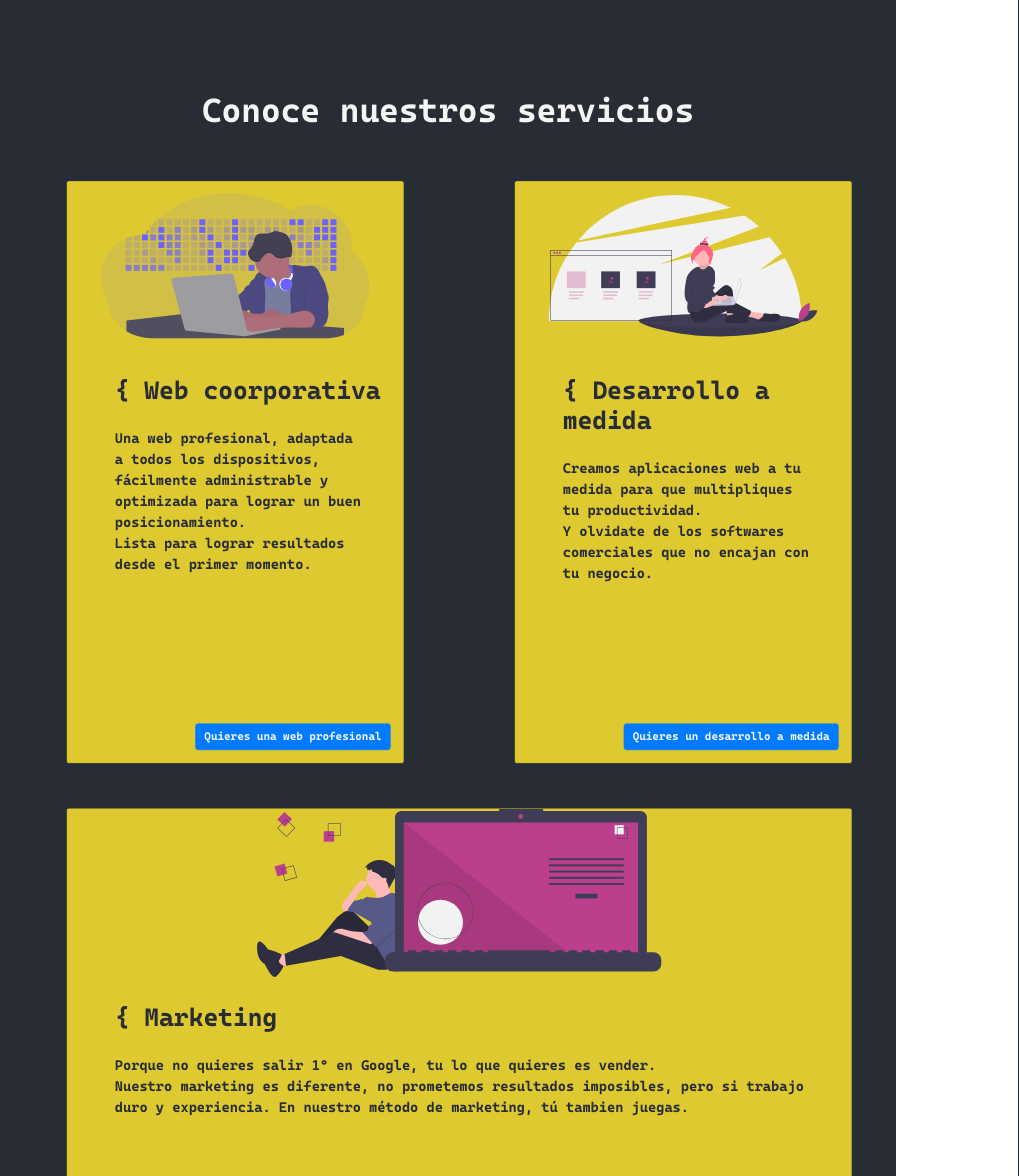
Repository: banchiec/thinkcode
Page: /
The author's editor kept a copy of each file at every save. The page is drawn from the files as they stood at one save, then again after the next save.
The browser window is 1280 px wide. The page is 1455 px wide, so the pictures cover 1455 px, including what lies to the right of the window. The pictures show the part of the page from y = 702 to 2382 px (the page is 3438 px tall before and 3430 px after), at 70% of full size.
Some web libraries are served in a nearby version. The project was rebuilt for these pictures with package versions that can differ from the ones it lists, and the page was loaded fresh each time. A package was used in the major version that the imports need, not the one package.json lists. Also part of the build but not shown: src/components/MenuItems.js, src/components/Dropdownthink.css, src/components/Dropdownthink.js, src/components/pages/Consulting.js, src/components/pages/ContactUs.js, src/components/pages/Marketing.js, src/components/pages/Products.js, src/components/pages/Services.js and 1 more.

Above is the page before, as saved 2020-11-27 10:34:46.

### public/index.html
<!DOCTYPE html>
<html lang="en">
  <head>
    <meta charset="utf-8" />
    <link rel="icon" href="%PUBLIC_URL%/favicon.ico" />
    <meta name="viewport" content="width=device-width, initial-scale=1" />
    <meta name="theme-color" content="#000000" />
    <meta
      name="description"
      content="Web site created using create-react-app"
    />
    <link rel="apple-touch-icon" href="%PUBLIC_URL%/logo192.png" />
    <script src="https://kit.fontawesome.com/e7a02c1b14.js" crossorigin="anonymous"></script>
    <!--
      manifest.json provides metadata used when your web app is installed on a
      user's mobile device or desktop. See https://developers.google.com/web/fundamentals/web-app-manifest/
    -->
    <link rel="manifest" href="%PUBLIC_URL%/manifest.json" />
    <!--
      Notice the use of %PUBLIC_URL% in the tags above.
      It will be replaced with the URL of the `public` folder during the build.
      Only files inside the `public` folder can be referenced from the HTML.

      Unlike "/favicon.ico" or "favicon.ico", "%PUBLIC_URL%/favicon.ico" will
      work correctly both with client-side routing and a non-root public URL.
      Learn how to configure a non-root public URL by running `npm run build`.
    -->
    <title>React App</title>
  </head>
  <body>
    <noscript>You need to enable JavaScript to run this app.</noscript>
    <div id="root"></div>
    <!--
      This HTML file is a template.
      If you open it directly in the browser, you will see an empty page.

      You can add webfonts, meta tags, or analytics to this file.
      The build step will place the bundled scripts into the <body> tag.

      To begin the development, run `npm start` or `yarn start`.
      To create a production bundle, use `npm run build` or `yarn build`.
    -->


  </body>
</html>

### src/index.css
body {
  margin: 0;
  font-family: -apple-system, BlinkMacSystemFont, 'Segoe UI', 'Roboto', 'Oxygen',
    'Ubuntu', 'Cantarell', 'Fira Sans', 'Droid Sans', 'Helvetica Neue',
    sans-serif;
  -webkit-font-smoothing: antialiased;
  -moz-osx-font-smoothing: grayscale;
}

code {
  font-family: source-code-pro, Menlo, Monaco, Consolas, 'Courier New',
    monospace;
}
@font-face{
  font-family: 'CascadiaCode-Bold';
  src: local('CascadiaCode-Bold'), url(./fonts/CascadiaCode-Bold.ttf)
}

### src/App.js
import './App.css';
// import logo_thinkcode from './logo_thinkcode.png'
import React, {} from 'react'
import Navbarthink from './components/Navbarthink'
import {BrowserRouter as Router, Switch, Route} from 'react-router-dom'

// import Button  from 'react-bootstrap/Button'
// import 'bootstrap/dist/css/bootstrap.min.css'

// import {Navbar,Button, Nav , NavLink} from 'react-bootstrap'

import Consulting from './components/pages/Consulting'
import ContactUs from './components/pages/ContactUs'
import Home from './components/pages/Home'
import Marketing from './components/pages/Marketing'
import Products from './components/pages/Products'
import Services from './components/pages/Services'
import SignUp from './components/pages/SignUp'

function App() {

  // const [click, setClick] = useState(false)
  // const [dropdown, setDropdown] = useState(false)




  return (
    <div className="App">
      <Router>
        <Navbarthink/>
        <Switch>
          <Route path='/consulting' exact component ={Consulting}></Route>
          <Route path='/contact-us' exact component ={ContactUs}></Route>
          <Route path='/' exact component ={Home}></Route>
          <Route path='/marketing' exact component ={Marketing}></Route>
          <Route path='/products' exact component ={Products}></Route>
          <Route path='/services' exact component ={Services}></Route>
          <Route path='/sign-up' exact component ={SignUp}></Route>
        </Switch>
      </Router>

      {/* <Navbar className="navbar_thinkcode "  expand="lg">
        <Navbar.Brand href ="#home">
          <img
            alt=""
            src={logo_thinkcode}
            className="d-inline-block align-top ml-4"
            width="320"
            height="50"
          />
        </Navbar.Brand>
        <Navbar.Toggle aria-controls="responsive-navbar-nav" ></Navbar.Toggle>

        <Navbar.Collapse id="responsive-navbar-nav" className="ml-5 ">
          <Nav className="collapse navbar-collapse">
            <NavLink className="enlace_navbar ">Páginas web</NavLink>
            <NavLink className="enlace_navbar">Desarrollo a medida</NavLink>
            <NavLink className="enlace_navbar">Portafolio</NavLink>
            <NavLink className="enlace_navbar">Contacto</NavLink>
          </Nav>
        </Navbar.Collapse>
        <Button variant="success">¿Hablamos?</Button>
      </Navbar> */}

      {/* <header className="App-header">
        <h1>thinkcode</h1>
        <Button>send up</Button>
      </header> */}
    </div>
  );
}

export default App;

### src/App.css
*{
  box-sizing: border-box;
  margin: 0;
  padding: 0;
  font-family: CascadiaCode-Bold;
  /* background: #282c34 ; */
  /* background: linear-gradient(90deg, rgb(76, 80, 88) 100%, rgb(8, 8, 9) 0%); */
}

.App {
  text-align: center;
  background: #282c34 ;
}

.App-logo {
  height: 40vmin;
  pointer-events: none;
}

.home, .services, .products,.contact-us,.sign-up, .marketing, .consulting{
  display: flex;
  height: 90vh;
  align-items: center;
  justify-content: center;
  font-size: 3rem;
}





@media (prefers-reduced-motion: no-preference) {
  .App-logo {
    animation: App-logo-spin infinite 20s linear;
  }
}

.App-header {
  background-color: #282c34;
  min-height: 100vh;
  display: flex;
  flex-direction: column;
  align-items: center;
  justify-content: center;
  font-size: calc(10px + 2vmin);
  color: white;
}

.App-link {
  color: #61dafb;
}

@keyframes App-logo-spin {
  from {
    transform: rotate(0deg);
  }
  to {
    transform: rotate(360deg);
  }
}

### src/components/Navbarthink.js
import React, { useState} from 'react'
import logo_thinkcode from '../images/logo_thinkcode.png'
// import logo_thinkcode from '../images/logo_thinkcode.png'
import { Buttonthink} from './Buttonthink'
import {Link} from 'react-router-dom'
import './Navbarthink.css'
import Dropdownthink from './Dropdownthink'

export default function Navbarthink(){
    const [click, setClick] = useState(false)
    const [dropdown, setDropdown] = useState(false)

    const handleClick = () => setClick(!click)
    const closeMobileMenu = () => setClick(false)

    const onMouseEnter = () =>{
        if(window.innerWidth < 960) {
        setDropdown(false)
        } else {
        setDropdown(true)
        }
    }
    const onMouseLeave = () =>{
        if(window.innerWidth < 960) {
        setDropdown(false)
        } else {
        setDropdown(false)
        }
    }

    return(
        <>
            <nav className="navbarthink">
                <Link to='/' className="navbar-logo">
                    {/* thinkcode */}
                    <img alt="" src={logo_thinkcode} width="300" height="40"></img>
                </Link>
                <div className='menu-icon' onClick={handleClick}>
                    <i className={click ? 'fas fa-times' : 'fas fa-bars'}
                    />
                </div>
                <ul className={ click ? 'nav-menu active' : 'nav-menu'}>

                    <li className='nav-item'>
                        <Link to='/' className='nav-links' onClick={closeMobileMenu}>
                            Home
                        </Link>
                    </li>
                    <li className='nav-item'
                        onMouseEnter={onMouseEnter}
                        onMouseLeave={onMouseLeave}
                        // onClick={handleClick}
                        >
                        <Link to='/services' className='nav-links' onClick={closeMobileMenu}>
                           Services
                           <i className='fas fa-caret-down' />
                        </Link>
                        {dropdown && <Dropdownthink/>}
                    </li>
                    <li className='nav-item'>
                        <Link to='/products' className='nav-links' onClick={closeMobileMenu}>
                            Products
                        </Link>
                    </li>
                    <li className='nav-item'>
                        <Link to='/contact-us' className='nav-links' onClick={closeMobileMenu}>
                           Contact Us
                        </Link>
                    </li>
                    <li className='nav-item'>
                        <Link to='/sign-up' className='nav-links-mobile' onClick={closeMobileMenu}>
                           Sign up
                        </Link>
                    </li>

                </ul>
                <Buttonthink />
            </nav>
        </>
    )

}

### src/components/pages/Home.js
import React from 'react'
import InfoSection from '../infoSection/InfoSection'
import Pricing from '../pricing/Pricing'

export default function Home() {
    return (
        <div>
            <InfoSection></InfoSection>
            <Pricing></Pricing>
            <InfoSection></InfoSection>
           {/* <h1 className='consulting' >Thinkcode</h1> */}
        </div>
    )
}

### src/components/Buttonthink.js
import React  from 'react'
import './Buttonthink.css'
import {Link} from 'react-router-dom'

export function Buttonthink() {
        return (
            <Link to ='sing-up'>
               <button className='btnthink'>Sign think </button>
            </Link>
        )
}

### src/components/Navbarthink.css
.navbarthink{
  /* background: linear-gradient(9deg, rgb(66, 80, 88) 0%, rgb(8, 8, 9) 100%); */
  background: #282c34;

  height: 80px;
  display: flex;
  justify-content: center;
  align-items: center;
  font-size: 1.2rem;
}

.navbar-logo {
  color: #fff;
  justify-self: start;
  margin-left: 40px;
  cursor: pointer;
  text-decoration: none;
}

.fa-firstdraft {
  margin-left: 0.5rem;
  font-size: 1.6rem;
}

.nav-menu {
  display: grid;
  grid-template-columns: repeat(5, auto);
  grid-gap: 10px;
  list-style: none;
  text-align: center;
  width: 70vw;
  justify-content: end;
  margin-right: 2rem;
}

.nav-item {
  display: flex;
  align-items: center;
  height: 80px;
}

.nav-links {
  color: white;
  text-decoration: none;
  padding: 0.5rem 1rem;
}

.nav-links:hover {
  background-color: #1888ff;
  border-radius: 4px;
  transition: all 0.2s ease-out;
}

.fa-bars {
  color: #fff;
}

.nav-links-mobile {
  display: none;
}

.menu-icon {
  display: none;
}

@media screen and (max-width: 960px) {
  /* .text-propuesta {
    margin-top: 12rem;
  }
 */
  .fa-caret-down {
    display: none;
  }
  .NavbarItems {
    position: relative;
  }

  .nav-menu {
    display: flex;
    flex-direction: column;
    width: 100%;
    height: 90vh;
    position: absolute;
    top: 80px;
    left: -100%;
    opacity: 1;
    transition: all 0.9s ease;
  }

  .nav-menu.active {
    background: #2a2c30;
    left: 0;
    opacity: 1;
    transition: all 0.5s ease;
    z-index: 1;
  }

  .nav-links {
    text-align: center;
    padding: 2rem;
    width: 100%;
    display: table;
  }

  .nav-links:hover {
    background-color: #1888ff;
    border-radius: 0;
  }

  .navbar-logo {
    position: absolute;
    top: 0;
    left: 0;
    transform: translate(25%, 50%);
  }

  .menu-icon {
    display: block;
    position: absolute;
    top: 0;
    right: 0;
    transform: translate(-100%, 60%);
    font-size: 1.8rem;
    cursor: pointer;
  }

  .fa-times {
    color: #fff;
    font-size: 2rem;
  }

  .nav-links-mobile {
    display: block;
    text-align: center;
    padding: 1.5rem;
    margin: 2rem auto;
    border-radius: 4px;
    width: 80%;
    background: #1888ff;
    text-decoration: none;
    color: #fff;
    font-size: 1.5rem;
  }

  .nav-links-mobile:hover {
    background: #fff;
    color: #1888ff;
    transition: 250ms;
  }

  button {
    display: none;
  }
}

### src/components/infoSection/InfoSection.js
import React from 'react'
import imagensvg3 from '../../images/imagensvg3.svg'
import 'bootstrap/dist/css/bootstrap.min.css'
import './infoSection.css'
import {Col, Container,Row,} from 'react-bootstrap'

export default function InfoSection() {
    return (
            <Container fluid  className="content-infoSection">
                <Row>
                    <Col  md={6} lg={6} >
                        <div className="content-text-infoSection">
                            <h2 >thinkcode.<span className="text-title-infoSection animate__animated animate__slideOutLeft">developers</span></h2>
                            <p className="text-infoSection">Diseño y desarrollo de aplicaciones y páginas web para tu negocio o proyecto.
                            Disfrutamos mucho con lo que hacemos, compruébalo.</p>
                        </div>
                    </Col>
                    <Col  md={6} lg={6}  >
                        <img  className="imagensvg-infoSection" alt="" src={imagensvg3}></img>
                    </Col>

                    </Row>

            </Container >
    )
}

### src/components/pricing/Pricing.js

import React from 'react'
import './Pricing.css'
import imagen_desarrollo_a_medida from '../../images/imagen_desarrollo_a_medida.svg'
import imagensvg4 from '../../images/imagensvg4.svg'
import imagen_code_thinking from '../../images/image_code_thinking.svg'
import 'bootstrap/dist/css/bootstrap.min.css'
import {Card, Container, Button, Row, Col} from 'react-bootstrap'

export default function Pricing() {


    return (
        <Container fluid className ="container-pricing">
            <h1 className="text-propuesta ">Conoce nuestros servicios</h1>
            <Row>
                <Col  className="container-card">

                    <Card  className="animate__animated card-pricing" >
                        <Card.Img className="image-pricing" variant ="top" src={imagensvg4}></Card.Img>
                        <Card.Body>
                            <h2 className="title-card">&#123;  Web coorporativa</h2>
                            <p className="text-card">
                                Una web profesional, adaptada a todos los dispositivos, fácilmente administrable y optimizada para lograr un buen posicionamiento.
                                <br/>Lista para lograr resultados desde el primer momento.
                            </p>
                            <Button  className="card-button" variant="primary">Quieres una web profesional</Button>
                        </Card.Body>
                    </Card>
                </Col>
                <Col  className="container-card">

                    <Card className="card-pricing">
                        <Card.Img className="image-pricing"variant ="top" src={imagen_desarrollo_a_medida}></Card.Img>
                    <Card.Body>
                        <h2 className="title-card">&#123;  Desarrollo a medida</h2>
                        <p className="text-card">
                            Creamos aplicaciones web a tu medida para que multipliques tu productividad.<br/>
                            Y olvidate de los softwares comerciales que no encajan con tu negocio.
                        </p>
                        <Button className="card-button" variant="primary">Quieres un desarrollo a medida</Button>
                    </Card.Body>
                    </Card>
                </Col>
                <Col className="container-card">
                    <Card  className="card-pricing" >
                        <Card.Img className="image-pricing" variant ="top" src={imagen_code_thinking}></Card.Img>
                    <Card.Body>
                        <h2 className="title-card">&#123; Marketing</h2>
                        <p className="text-card">
                            Porque no quieres salir 1º en Google, tu lo que quieres es vender. <br/>

                            Nuestro marketing es diferente, no prometemos resultados imposibles, pero si
                            trabajo duro y experiencia. En nuestro método de marketing, tú tambien juegas.                        </p>
                        <Button  className="card-button" variant="primary">Quieres que te asesoremos</Button>
                    </Card.Body>
                    </Card>
                </Col>
            </Row>

        </Container>
    )
}

### src/components/Buttonthink.css
:root{
    --primary: #1888ff;
}
.btnthink{
    padding: 8px 20px;
    border-radius: 4px;
    outline: none;
    border: none;
    font-size: 18px;
    color: #fff;
    cursor: pointer;
    background-color: var(--primary);
}
.btnthink:hover {
    padding: 6px 18px;
    transition: all 1.5s ease-out;
    background-color: transparent;
    color: #2a2a2a;
    border-radius: 4px;
    border: 2px solid var(--primary)
}

### src/components/infoSection/infoSection.css
.imagensvg-infoSection {
    padding: 0;
    /* border-right: 5px; */
    width: 800px;

}
.content-infoSection {
    /* padding: 0; */
    margin-top: 150px;
    background: #282c34 ;
    height: 600px;
    /* border: 1px solid rebeccapurple; */
}
.content-text-infoSection {
    margin-left: 12rem;
    margin-top: 8rem;
    text-align: start;
    /* border: 0; */
    /* padding: 0; */
    /* border: 1px solid whitesmoke; */
    color: whitesmoke;
}
.text-title-infoSection{
    font-size: 3rem;
    /* size: 12px; */
}
.text-infoSection {
    font-size: 22px;
}
@media screen and (max-width: 960px) {
    .content-infoSection {
        margin-top: 0px;
    }
    .text-infoSection{
        margin-top: 3rem;
        margin-left: 1rem;
        margin-right: 1rem;
    }
    .imagensvg-infoSection{
        margin-top: 5rem;
        width: 500px;
    }
    .content-text-infoSection {
        margin-left: 1rem;
    }
    .text-propuesta {
        margin-top: 15rem;
    }

}

### src/components/pricing/Pricing.css
.container-pricing {
    /* background-color: whitesmoke; */
    /* border: 1px solid white; */
    /* height:  800px; */
    background: linear-gradient(90deg, rgb(76, 80, 88) 100%, rgb(66, 66 66) 0%);
    /* z-index: -1; */
}
.container-card{
    padding-top: 4rem;
    align-content: center;
    padding: auto;
    text-align: start;
    /* height: 600px; */
    /* background-color: violet; */
    /* color: transparent; */
}
.card-pricing {
    /* width: 34rem; */
    margin-left: 5rem;
    background: #deca30;
    /* background: #3b4454; */
    /* background: linear-gradient(90deg, rgb(224, 242, 241) 0%, rgb(255, 255, 255) 100%); */
    margin-right: 3rem;
    height: 52rem;
}
.card-button {
    /* margin-top: 3rem; */
    /* margin-left: 13rem; */
    position: absolute;
    right: 18px;
    bottom: 18px;
    color: whitesmoke;
}
.text-card {
    padding-top: 1.5rem;
    padding-left: 3rem;
    padding-right: 2.5rem;
    color: #282c34;
    font-size: 20px;
}
.image-pricing {
    height: 15rem;
    width: 80%;
    align-self: center;
}
.title-card {
    padding-top: 1rem;
    padding-left: 3rem;
    color: #282c34;
    font-size: 36px;
}
.text-propuesta {
    display:inline-block;

    color: whitesmoke;
    font-size: 3rem;
}

Loaded but not shown: src/index.js (common file); src/reportWebVitals.js (common file)

After the next save:
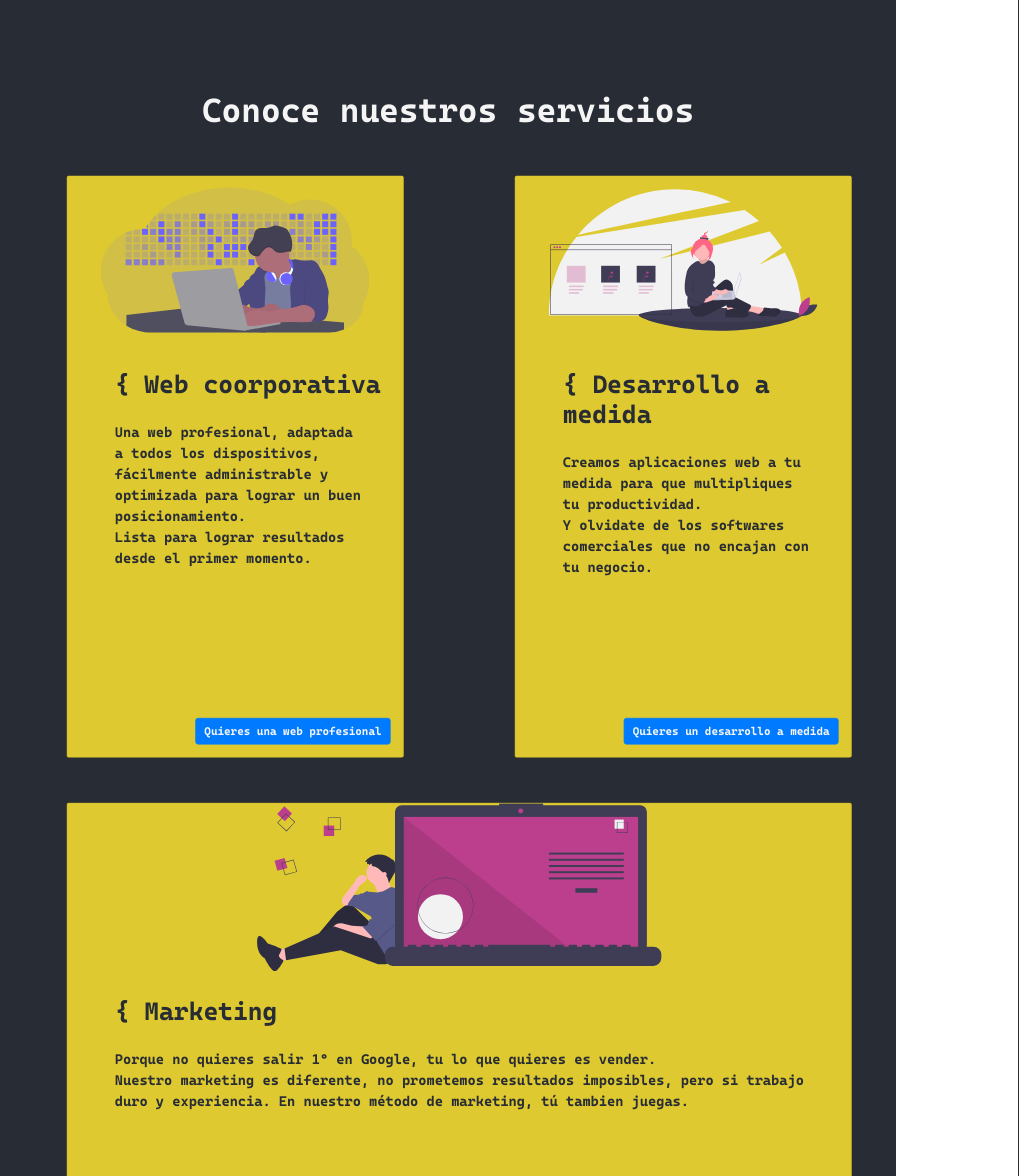
Saved 45 s later.
--- a/src/components/pricing/Pricing.css
+++ b/src/components/pricing/Pricing.css
@@ -51,7 +51,9 @@
 }
 .text-propuesta {
     display:inline-block;
-
+    margin: 0 0.5rem;
+    animation: bounce;
+    animation-duration: 2s;
     color: whitesmoke;
     font-size: 3rem;
 }
